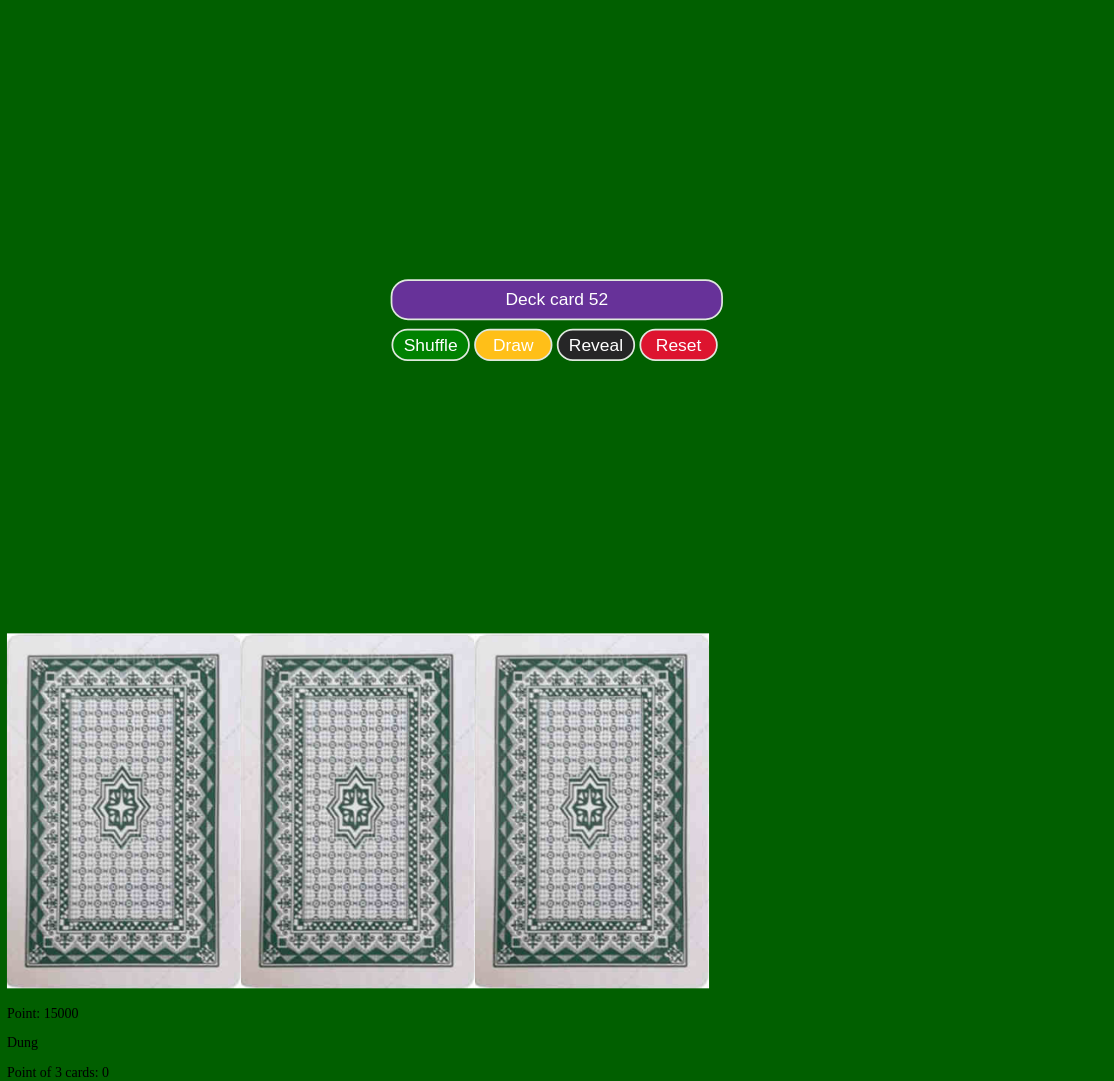
Repository: tiendungjr123/app-baicao
Page: /
The author's editor kept a copy of each file at every save. The page is drawn from the files as they stood at one save, then again after the next save.
The browser window is 1280 px wide. The pictures show the whole page, at 87% of full size.
The page's requests for data from a server got no answer. The project was rebuilt for these pictures with package versions that can differ from the ones it lists, and the page was loaded fresh each time. No one was signed in, and anything a server would have sent is missing. Also part of the build but not shown: src/index.css, src/Components/card.jsx, src/Components/cardList.jsx, src/Components/table.jsx.

Above is the page before, as saved 2022-10-11 11:40:36.

### src/index.js
import React from 'react';
import ReactDOM from 'react-dom/client';
import './index.css';
import App from './App';

const root = ReactDOM.createRoot(document.getElementById('root'));
root.render(
   <App />
);

### src/App.js
import './App.css';
import CardList from './Components/cardList';
import Table from './Components/table';
import React, { useEffect, useState } from 'react';
import { getDrawCard, getShuffleCard } from './apis/index';
import img_6H from './assets/images/6H.png';
import img_7C from './assets/images/7C.png';
import img_QH from './assets/images/QH.png';
import baiup from './assets/images/baian.PNG';
function App() {

   const [deck_id, setDect_id] = useState('');
   const [listCard, setListCard] = useState([]);
   const [loading, setLoading] = useState(false);
   const [remaining, setRemaining] = useState(52);
   const [checkCard, setCheckCard] = useState(false);
   const [point, setPoint] = useState(15000);
   const [pointCard, setPointCard] = useState(0);


   useEffect(() => {
      getShuffleCard().then((res) => {
         setDect_id(res.data.deck_id);
      });
   }, []);

   const handleShuffle = () => {
      getShuffleCard().then((res) => {
         setDect_id(res.data.deck_id);
      });
      setRemaining(52)
   }
   const handleDraw = () => {
      setLoading(true);
      if (remaining < 16) {
         alert('Không đủ bài để chia')
         setLoading(false);
         getShuffleCard().then((res) => {
            setDect_id(res.data.deck_id);
         });
         setListCard([]);
         setRemaining(52);
      }

   }

   useEffect(() => {
      if (deck_id && loading) {
         getDrawCard(deck_id).then((res) => {
            setListCard(res.data.cards);
            setRemaining(res.data.remaining);
            setLoading(false);
            setCheckCard(false);
         })
      }
   }, [deck_id, loading]);
   const handleReveal = () => {
      listCard.map((card) =>{
         console.log(Number.parseInt(card.value));
      })
      setCheckCard(true)
   }

   return (
      <div className="app">
         <div className='table'>
            <button className='btn-deck-card'>Deck card {remaining}</button>
            <div className='btn-action'>
               <button onClick={handleShuffle} className='btn btn-shuffle'>Shuffle</button>
               <button onClick={handleDraw} className='btn btn-draw'>Draw</button>
               <button onClick={handleReveal} className='btn btn-reveal'>Reveal</button>
               <button className='btn btn-reset'>Reset</button>
            </div>
         </div>
         {/* <CardList cards={cards} checkCard={checkCard}/> */}
         <div className="card-top">
            <div className='card'>
               {checkCard ? (
                  <div className='card-img'>
                     <img src={img_6H} alt="6h" />
                     <img className='img-center' src={img_7C} alt="7c" />
                     <img src={img_QH} alt="qh" />
                  </div>) : (
                  <div className='card-img'>
                     <img src={baiup} alt="6h" />
                     <img className='img-center' src={baiup} alt="7c" />
                     <img src={baiup} alt="qh" />
                  </div>)
               }
               <p className='point'>Point: 15000</p>
               <p className='user'>Dung</p>
               {checkCard?(<p className='point'>Point of 3 cards: 23</p>):(<p className='point'>Point of 3 cards: 0</p>)}
            </div>
         </div>
      </div>
   );
}

export default App;

### src/App.css
@import "./Scss/style.css";

### src/apis/index.js
import axios from 'axios';

export const getShuffleCard = () =>
   axios.get('https://deckofcardsapi.com/api/deck/new/shuffle/?deck_count=1');

export const getDrawCard = (deck_id) =>
   axios.get(`https://deckofcardsapi.com/api/deck/${deck_id}/draw/?count=3`);

### src/Scss/style.css
.table {
  height: 100vh;
  display: flex;
  justify-content: center;
  align-items: center;
  flex-direction: column;
}
.table .btn-deck-card {
  border: 2px solid #DFE8DE;
  border-radius: 20px;
  color: #fff;
  font-size: 20px;
  font-weight: 400;
  background-color: #673299;
  padding: 10px 130px;
  margin-bottom: 10px;
}
.table .btn-action .btn {
  border: 2px solid #DFE8DE;
  border-radius: 20px;
  color: #fff;
  font-size: 20px;
  font-weight: 400;
  margin-right: 5px;
  padding: 5px 10px;
  width: 90px;
  cursor: pointer;
}
.table .btn-action .btn-shuffle {
  background-color: #008101;
}
.table .btn-action .btn-draw {
  background-color: #FFBF18;
}
.table .btn-action .btn-reveal {
  background-color: #262627;
}
.table .btn-action .btn-reset {
  background-color: #dd142f;
}

body {
  background-color: #015F00;
  height: 100vh;
}/*# sourceMappingURL=style.css.map */

Loaded but not shown: public/index.html (common file)

After the next save:
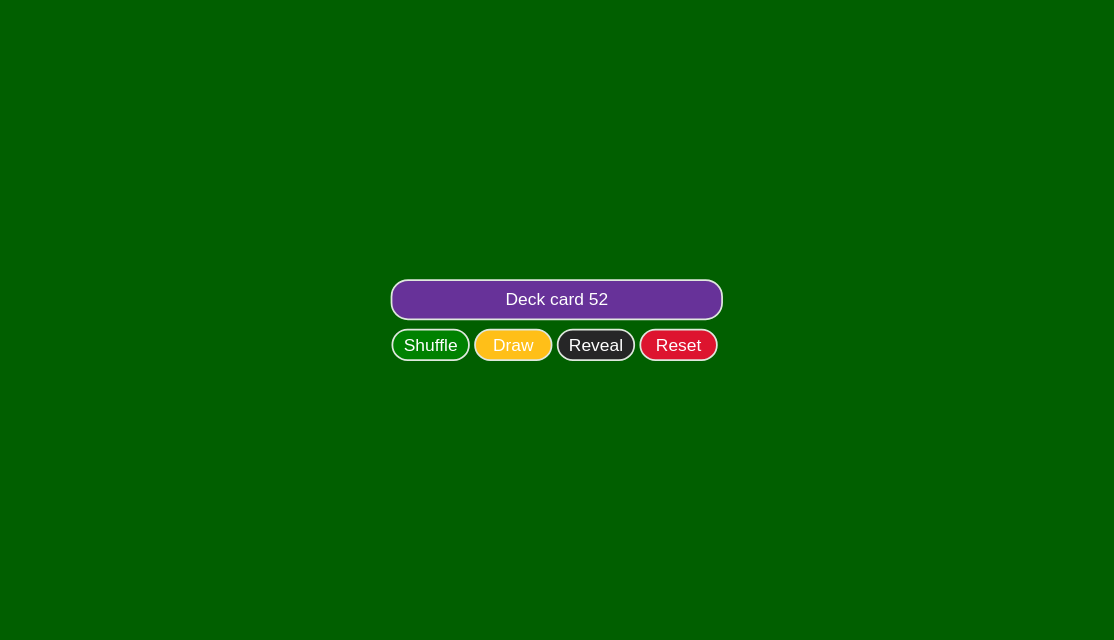
Saved 4 min 55 s later.
--- a/src/App.js
+++ b/src/App.js
@@ -74,12 +74,13 @@
          </div>
          {/* <CardList cards={cards} checkCard={checkCard}/> */}
          <div className="card-top">
+            {listCard.map((card) =>{
             <div className='card'>
                {checkCard ? (
                   <div className='card-img'>
-                     <img src={img_6H} alt="6h" />
-                     <img className='img-center' src={img_7C} alt="7c" />
-                     <img src={img_QH} alt="qh" />
+                     <img src={card.image} alt="6h" />
+                     <img className='img-center' src={card.image} alt="7c" />
+                     <img src={card.image} alt="qh" />
                   </div>) : (
                   <div className='card-img'>
                      <img src={baiup} alt="6h" />
@@ -91,6 +92,7 @@
                <p className='user'>Dung</p>
                {checkCard?(<p className='point'>Point of 3 cards: 23</p>):(<p className='point'>Point of 3 cards: 0</p>)}
             </div>
+            })}
          </div>
       </div>
    );

After the save that followed:
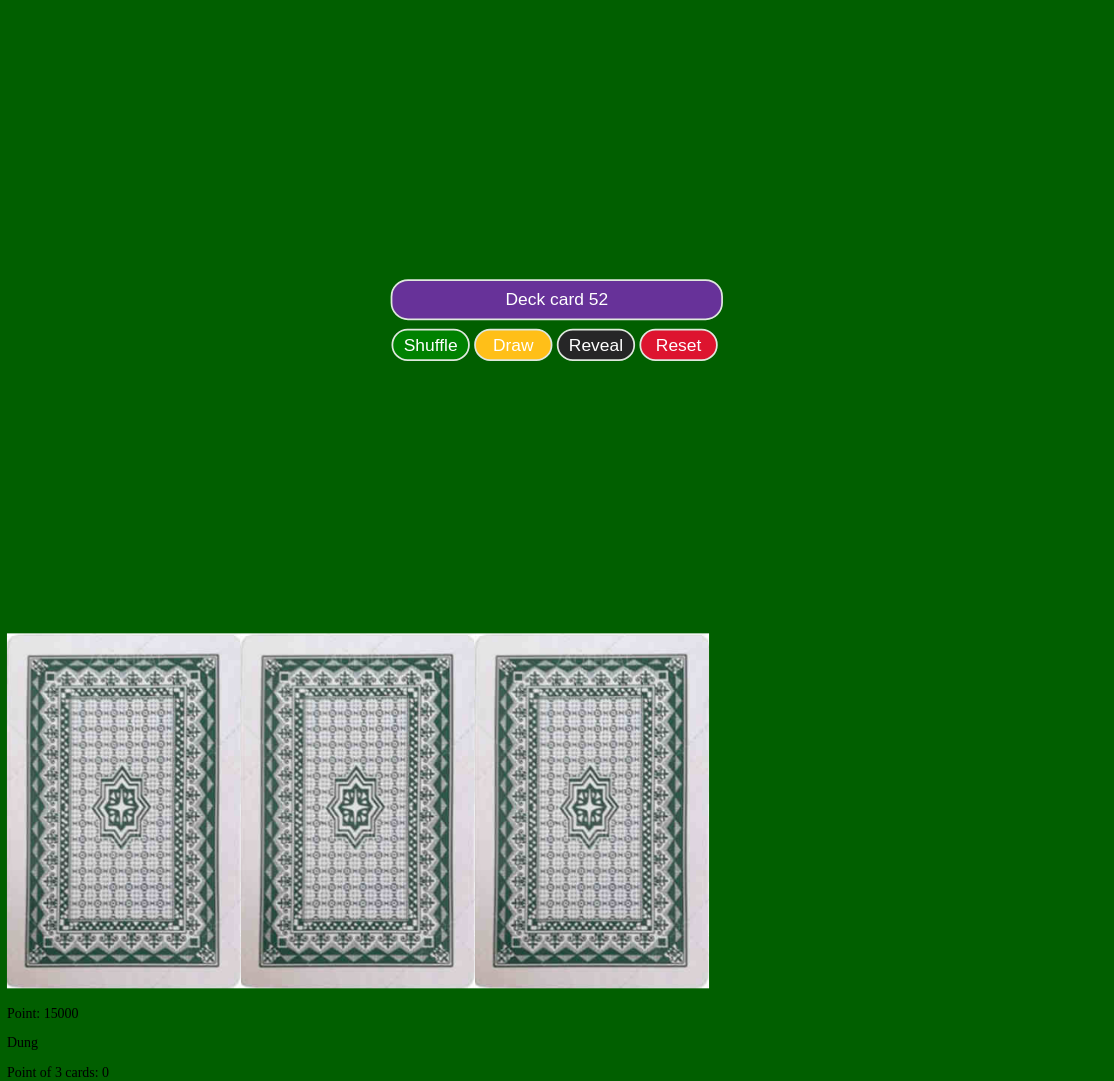
Saved 40 s later.
--- a/src/App.js
+++ b/src/App.js
@@ -74,13 +74,13 @@
          </div>
          {/* <CardList cards={cards} checkCard={checkCard}/> */}
          <div className="card-top">
-            {listCard.map((card) =>{
+
             <div className='card'>
                {checkCard ? (
                   <div className='card-img'>
-                     <img src={card.image} alt="6h" />
-                     <img className='img-center' src={card.image} alt="7c" />
-                     <img src={card.image} alt="qh" />
+                     <img src={img_6H} alt="6h" />
+                     <img className='img-center' src={img_7C} alt="7c" />
+                     <img src={img_QH} alt="qh" />
                   </div>) : (
                   <div className='card-img'>
                      <img src={baiup} alt="6h" />
@@ -92,7 +92,6 @@
                <p className='user'>Dung</p>
                {checkCard?(<p className='point'>Point of 3 cards: 23</p>):(<p className='point'>Point of 3 cards: 0</p>)}
             </div>
-            })}
          </div>
       </div>
    );
